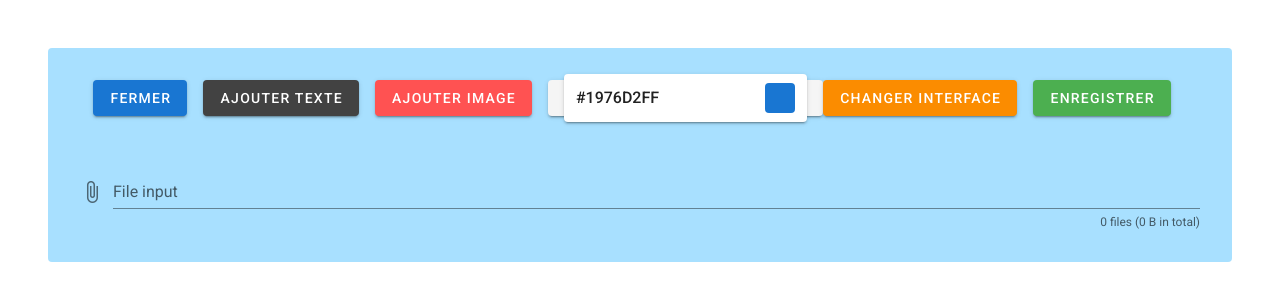
Repository: Hamagistral/BannerApp-Vue
Page: /#/dynamicPage
The author's editor kept a copy of each file at every save. The page is drawn from the files as they stood at one save, then again after the next save.
The browser window is 1280 px wide. The pictures show the whole page.
The project was rebuilt for these pictures with package versions that can differ from the ones it lists, and the page was loaded fresh each time. Also part of the build but not shown: vue.config.js, src/components/WidgetText.vue, src/components/WidgetImage.vue, src/components/Home.vue.

Above is the page before, as saved 2023-02-07 01:48:15.

After the next save:
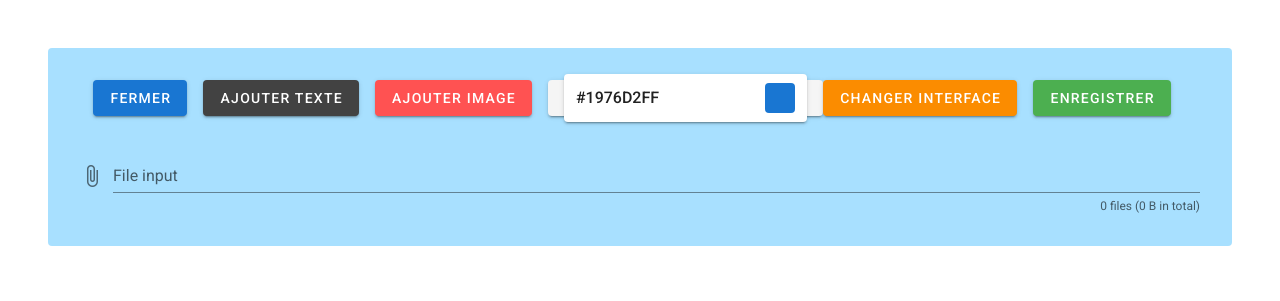
Saved 6 s later.
--- a/src/components/DynamicPage.vue
+++ b/src/components/DynamicPage.vue
@@ -47,7 +47,7 @@
             multiple
             label="File input"
             v-model="chosenFile"
-            class="mt-12"
+            class="mt-8"
           ></v-file-input>
         </template>
       </v-form>
